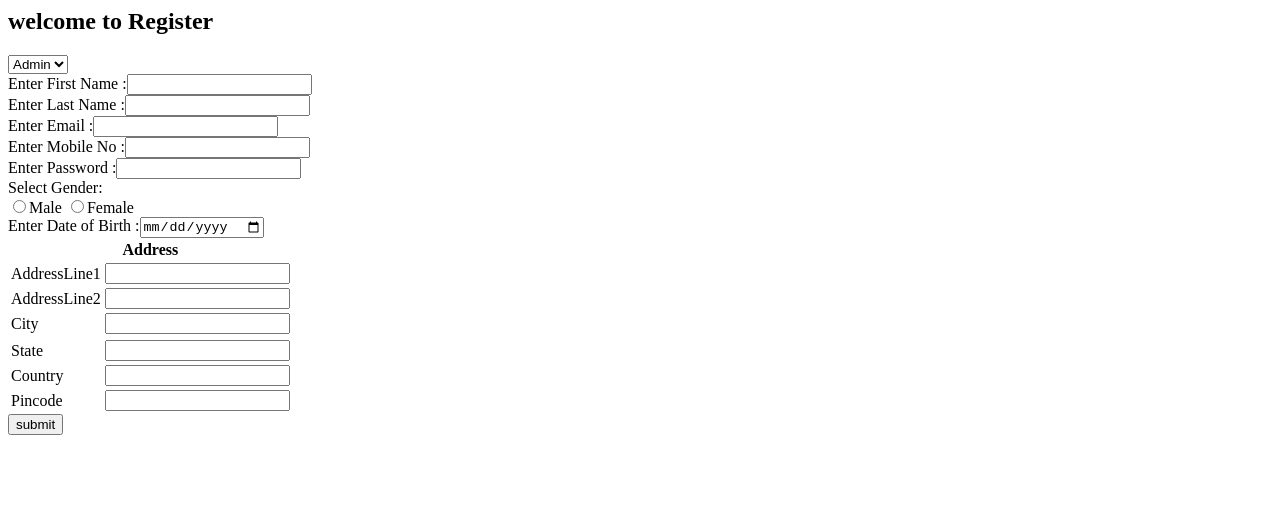
Repository: kewatraviraj/My_Work
Page: http://localhost/registration/
An editor plug-in stored every save of this project. The page is shown before and after the next save, followed by the edit.
The browser window is 1280 px wide. The pictures show the whole page.
The page is served by Tomcat 9.

Above is the page before, as saved 2018-08-30 10:42:18.

After the next save:
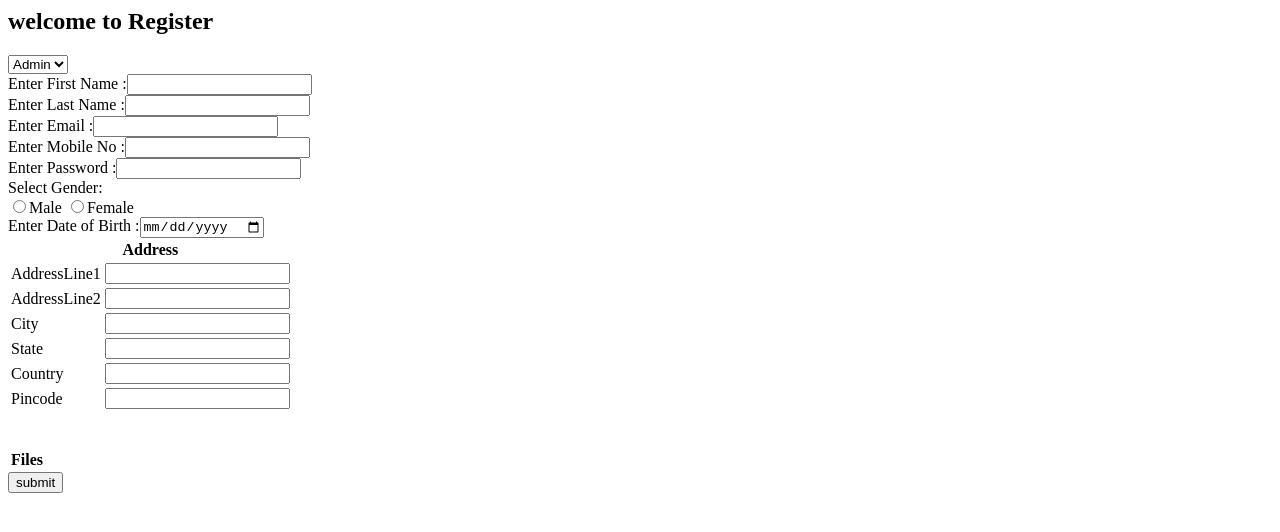
Saved 95 s later.
--- a/Eclipsework/registration/src/main/webapp/index.jsp
+++ b/Eclipsework/registration/src/main/webapp/index.jsp
@@ -28,8 +28,7 @@
 			</tr>
 			<tr>
 				<td>City</td><td><input type="text" name="city" id="city"></td>
-				</tr>
-			<tr>
+			</tr>
 			<tr>
 				<td>State</td><td><input type="text" name="state" id="state"></td>
 			</tr>
@@ -39,7 +38,14 @@
 			<tr>
 				<td>Pincode</td><td><input type="number" name="pincode" id="pincode"></td>
 			</tr>
+		</table><br><br>
+
+		<table>
+			<tr><th colspan="2">Files</th></tr>
+
 		</table>
+
+
 
 			<input type="submit" value="submit"><br>
 	</form>
